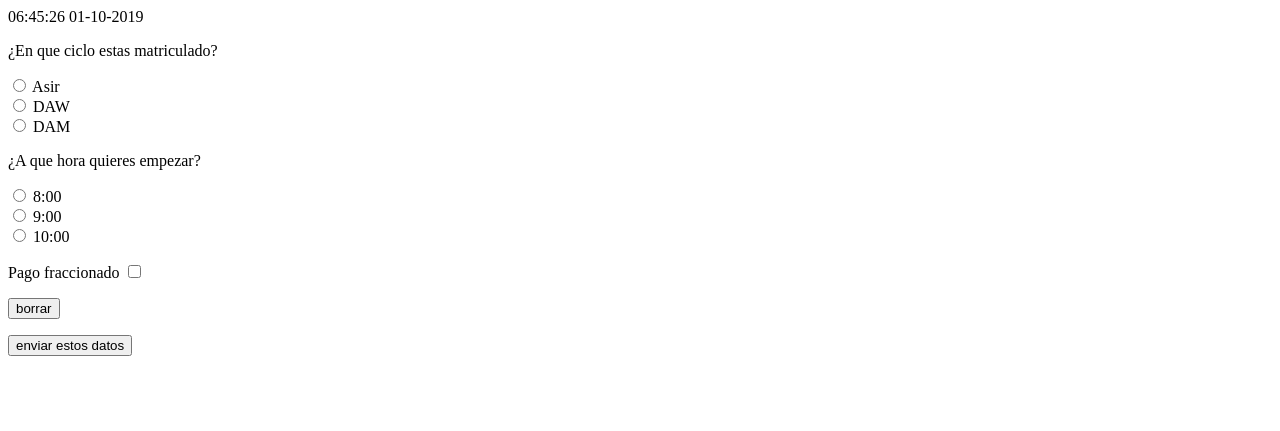
Repository: weertop/2DAW
Page: http://localhost/Formularios/checkRadio.jsp
These files come from the project's save history. The page is drawn as it stood at one moment and after the next save; the edit follows.
The browser window is 1280 px wide. The pictures show the whole page.
The page is served by Tomcat 9.

Above is the page before, as saved 2019-10-02 09:41:04.

After the next save:
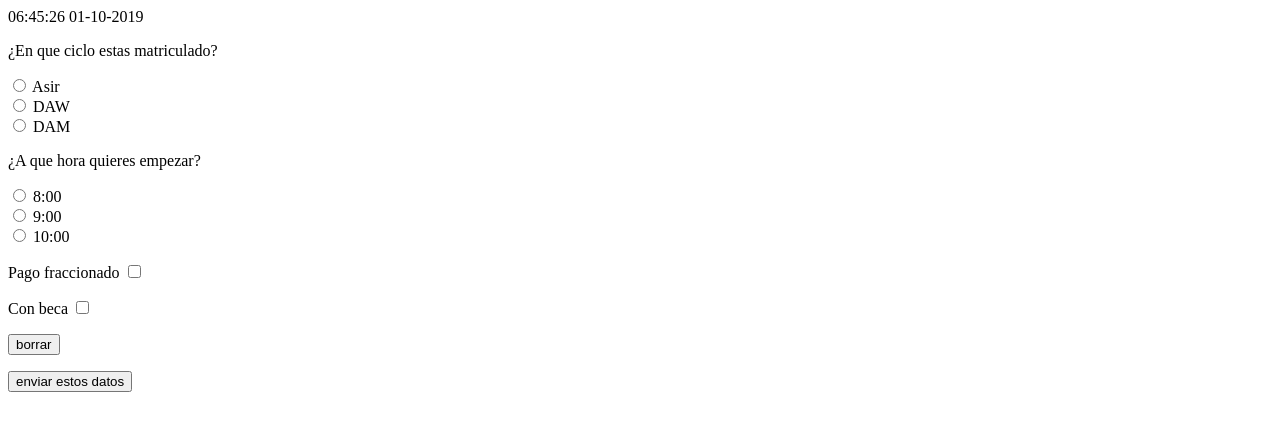
Saved 68 s later.
--- a/DWServidor/eclipse-workspace-photom/Formularios/WebContent/checkRadio.jsp
+++ b/DWServidor/eclipse-workspace-photom/Formularios/WebContent/checkRadio.jsp
@@ -28,6 +28,7 @@
 		<input type="radio" name="hora" value="10" /> 10:00<br/>
 
 		<p> Pago fraccionado <input type="checkbox" name="pago" value="fraccionado" /></p>
+		<p> Con beca <input type="checkbox" name="beca" value="beca" /></p>
 
 		<p> <input type="reset" name="borrar" value="borrar" />	</p>
 		<p> <input type="submit" name="enviar" value="enviar estos datos" /> </p> <!-- el value es lo que se enviara -->
